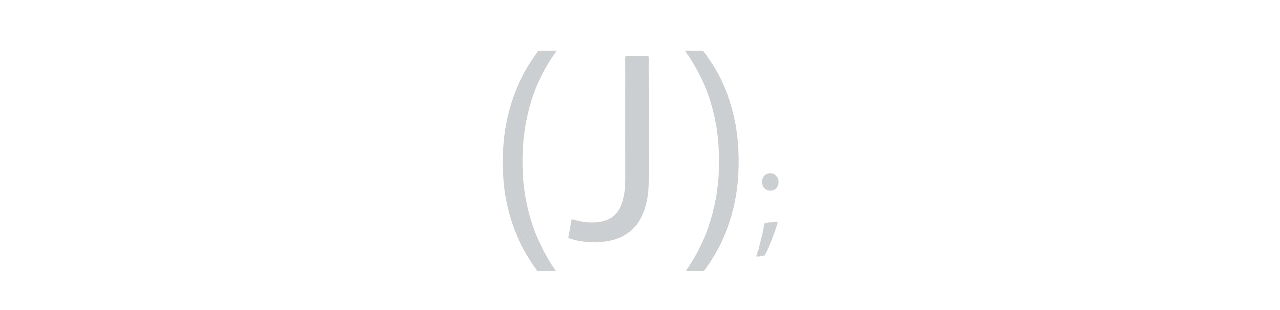
Repository: JoyMoGas/HelujaArc
Page: http://localhost/
An editor plug-in stored every save of this project. The page is shown before and after the next save, followed by the edit.
The browser window is 1280 px wide. The pictures show the whole page.
The page is served by the project's application, run on Flask 3 (run.py).

Above is the page before, as saved 2024-08-11 14:40:53.
Console error: TypeError: Cannot read properties of null (reading 'style')

### templates/index.html
{% extends "base.html" %}

{% block content %}
<div class="body-logo" id="body-logo">
    <!-- El logotipo principal en el body -->
    <img src="{{ url_for('static', filename='logo.png') }}" alt="Logo">
</div>
<!-- Otro contenido del body -->
{% endblock %}

### templates/base.html
<!DOCTYPE html>
<html lang="en">
<head>
    <meta charset="UTF-8">
    <meta name="viewport" content="width=device-width, initial-scale=1.0">
    <title>Document</title>
    <link rel="stylesheet" href="{{url_for('static', filename='style.css')}}">
</head>
<body>
    <nav class="navbar">
        <div class="navbar-logo" id="navbar-logo" style="display: none;">
            <!-- El logotipo que se mostrará al hacer scroll -->
            <img src="{{ url_for('static', filename='logo.png') }}" alt="Logo">
        </div>
        <!-- Otros elementos de la navbar -->
    </nav>
    <div class="content">
        {% block content %}
        {% endblock %}
    </div>
    <script src="{{ url_for('static', filename='scripts.js') }}"></script>
</body>
</html>

### static/style.css
/* Estilos para el logotipo en el body */
.body-logo {
    position: relative;
    margin: 50px auto;
    text-align: center;
}

/* Estilos para el logotipo en la navbar */
.navbar-logo img {
    height: 50px; /* Ajusta el tamaño del logo para la navbar */
}

/* Opcional: Estilo fijo para la navbar */
.navbar {
    position: fixed;
    width: 100%;
    top: 0;
    background-color: white; /* O el color de tu navbar */
    z-index: 1000; /* Para que siempre esté encima */
}

### static/scripts.js
"use strict";
document.addEventListener('DOMContentLoaded', () => {
    window.scrollTo(0, 0);
    const logo = document.getElementById('logo');
    const handleScroll = () => {
        if (window.scrollY > 50) {
            logo.style.position = 'fixed';
            logo.style.top = '0px';
            logo.style.left = '120px';
            logo.style.height = '100px';
            logo.style.transform = 'translateX(0) scale(0.6)';
        }
        else {
            logo.style.position = 'absolute';
            logo.style.top = '250px';
            logo.style.left = '50%';
            logo.style.transform = 'translateX(-50%) scale(1)';
            logo.style.height = '250px';
        }
    };
    window.addEventListener('scroll', handleScroll);
    // Inicializa el estado del logotipo
    handleScroll();
});
window.addEventListener('scroll', () => {
    const navbar = document.querySelector('.navbar');
    if (window.scrollY > 50) {
        navbar.classList.add('scrolled');
    }
    else {
        navbar.classList.remove('scrolled');
    }
});
window.addEventListener('beforeunload', () => {
    window.scrollTo(0, 0);
});

Loaded but not shown: run.py (common file)

After the next save:
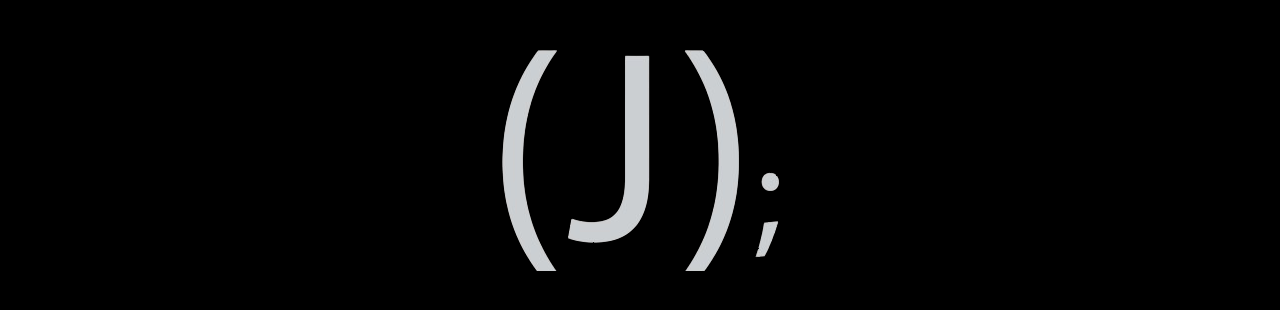
Saved 34 s later.
--- a/static/style.css
+++ b/static/style.css
@@ -1,3 +1,7 @@
+* {
+    background-color: black;
+}
+
 /* Estilos para el logotipo en el body */
 .body-logo {
     position: relative;

After the save that followed:
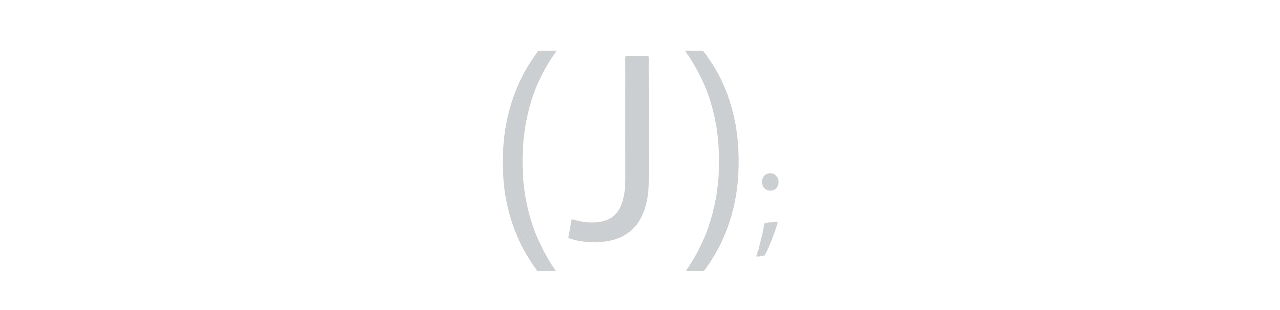
Saved 12 s later.
--- a/static/style.css
+++ b/static/style.css
@@ -1,7 +1,3 @@
-* {
-    background-color: black;
-}
-
 /* Estilos para el logotipo en el body */
 .body-logo {
     position: relative;
